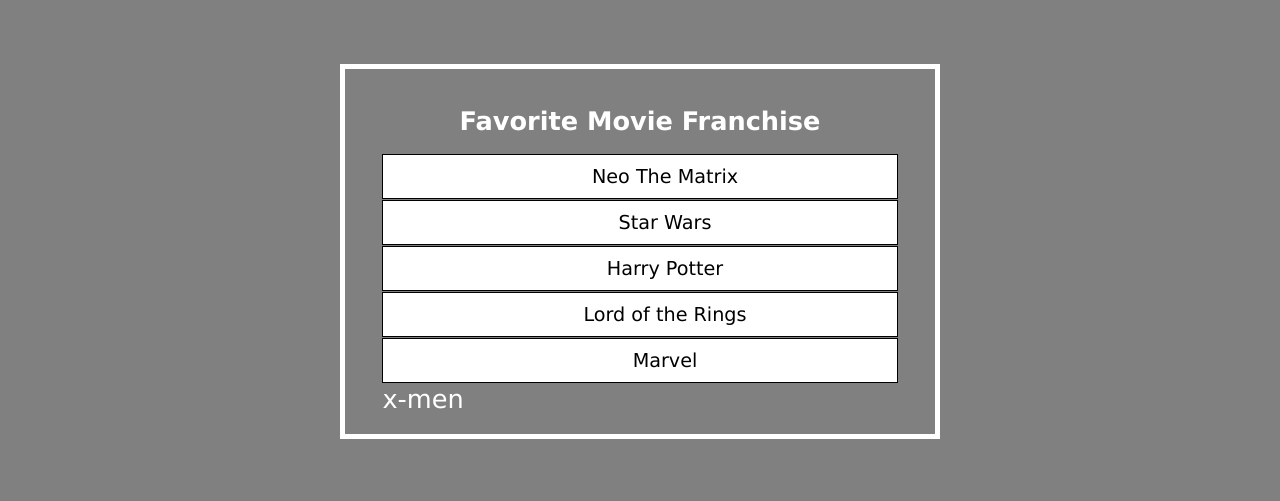
Repository: wakoya-tech/react-project
Page: Desktop/shaakala/jaal/index.html
These files come from the project's save history. The page is drawn as it stood at one moment and after the next save; the edit follows.
The browser window is 1280 px wide. The pictures show the whole page.

Above is the page before, as saved 2025-08-26 18:44:41.

### Desktop/shaakala/jaal/index.html
<!DOCTYPE html>
<html lang="en">
<head>
  <meta charset="UTF-8">
  <meta name="viewport" content="width=device-width, initial-scale=1.0">
  <title>Responsive Box Example</title>
  <style>
    * {
      box-sizing: border-box;
    }

    body {
      font-family: Verdana, Geneva, Tahoma, sans-serif;
      background: gray;
      margin: 0;
    }

    .container {
      display: flex;
      flex-direction: column;
      justify-content: center;
      align-items: center;
      border: 5px solid white;
      padding: 20px;
      margin: 5% auto;
      width: 80%;
      max-width: 600px;
    }

    ul {
      list-style: none;
      padding: 0;
      margin: 0;
    }

    #main-heading {
      font-size: clamp(18px, 2vw, 32px);
      color: white;
    }

    .list-items {
        display: block;
      font-size: clamp(16px, 1.5vw, 24px);
      border: 1px solid black;
      /*padding: 5px 200px;*/
      width: 100%;
      padding: 10px 150px 10px 200px ;
      background-color: white;
     text-align: center;
      margin: 1px 0;
      overflow: hidden;

      flex-direction: column;
      justify-content: center;

    }
  </style>
</head>
<body>
  <div class="container">
    <h1 id="main-heading">Favorite Movie Franchise</h1>
    <ul>
      <li class="list-items">
        <span>Neo </span>The Matrix</li>
      <li class="list-items">Star Wars</li>
      <li class="list-items">Harry Potter</li>
      <li class="list-items">Lord of the Rings</li>
      <li class="list-items">Marvel</li>
    </ul>
  </div>
  <script src="../jaal/script.js"></script>
</body>
</html>

### Desktop/shaakala/jaal/script.js
/*const title = document.querySelector('#main-heading');
title.style.color = 'red';
console.log(title);
const listitems = document.querySelectorAll('.list-items');
for(i=0; i < listitems.length; i++)
{
  listitems[i].style.fontSize = '1rem';
}

console.log(listitems);*/
const ul = document.querySelector('ul');
const li= document.createElement('li');
ul.append(li)

const firstListitems = document.querySelector('.list-items');
console.log(firstListitems.innerText);
console.log(firstListitems.textContent);
console.log(firstListitems.innerHTML);
li.innerText = 'x-men';
li.setAttribute('id','main-heading');

After the next save:
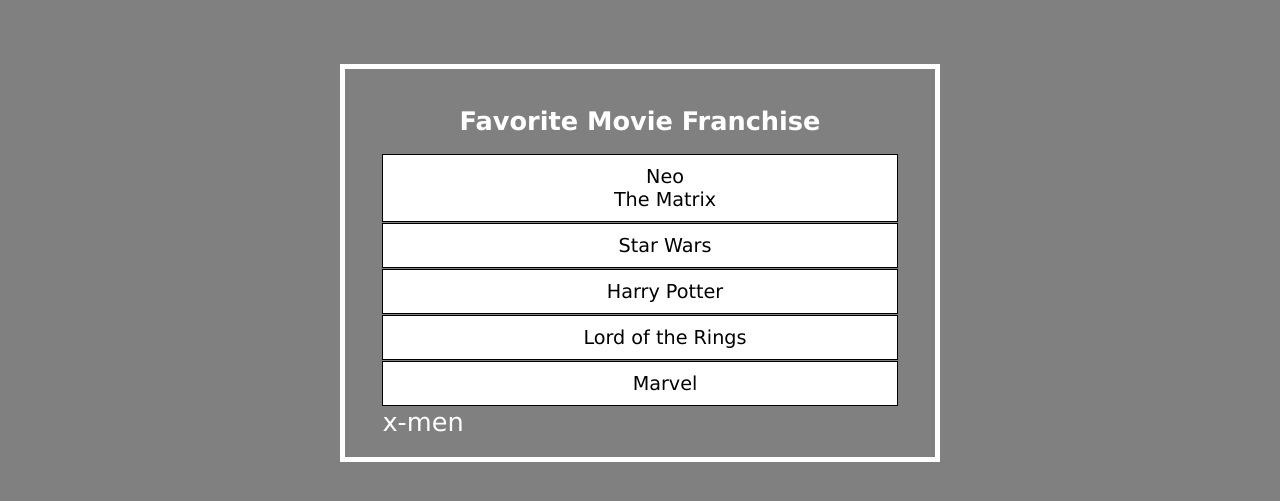
Saved 22 s later.
--- a/Desktop/shaakala/jaal/index.html
+++ b/Desktop/shaakala/jaal/index.html
@@ -39,7 +39,7 @@
     }
 
     .list-items {
-        display: block;
+      /*  display: block; */
       font-size: clamp(16px, 1.5vw, 24px);
       border: 1px solid black;
       /*padding: 5px 200px;*/
@@ -49,7 +49,7 @@
      text-align: center;
       margin: 1px 0;
       overflow: hidden;
-
+      display: flex;
       flex-direction: column;
       justify-content: center;
 

After the save that followed:
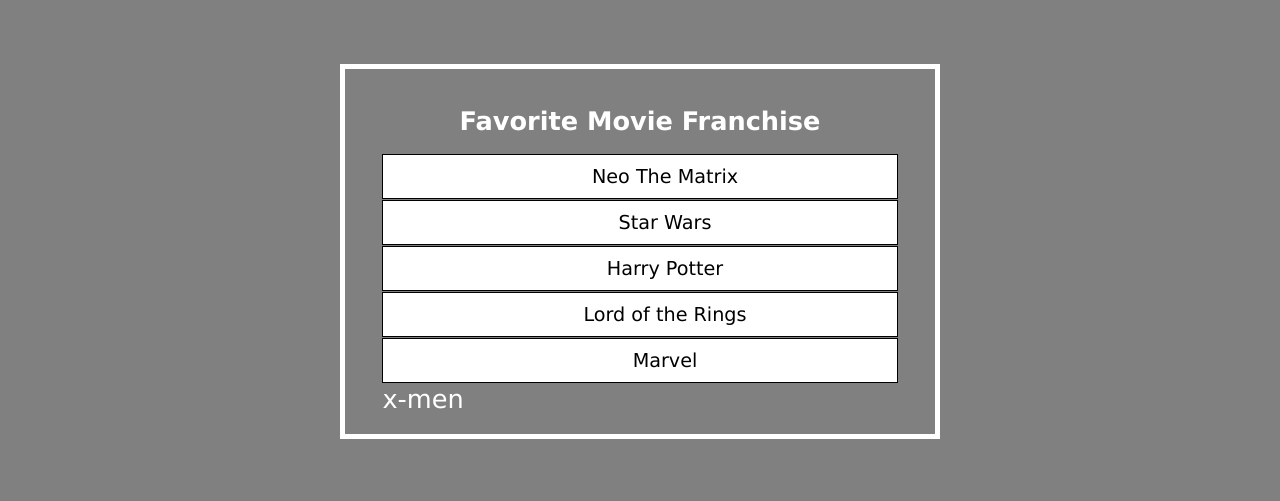
Saved 14 s later.
--- a/Desktop/shaakala/jaal/index.html
+++ b/Desktop/shaakala/jaal/index.html
@@ -39,7 +39,7 @@
     }
 
     .list-items {
-      /*  display: block; */
+        display: block;
       font-size: clamp(16px, 1.5vw, 24px);
       border: 1px solid black;
       /*padding: 5px 200px;*/
@@ -49,9 +49,7 @@
      text-align: center;
       margin: 1px 0;
       overflow: hidden;
-      display: flex;
-      flex-direction: column;
-      justify-content: center;
+
 
     }
   </style>
